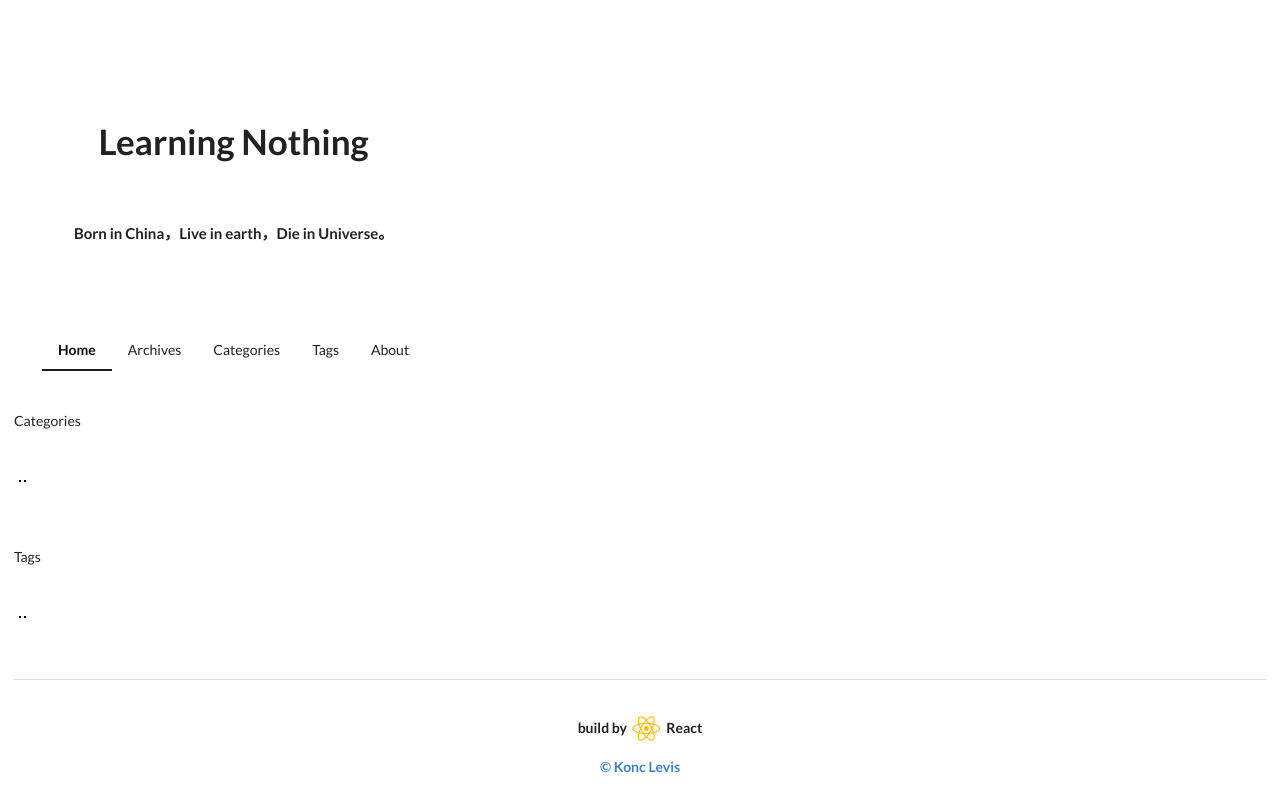
Repository: chu4j/my-spring-cloud-blog-frontend
Page: /
An editor plug-in stored every save of this project. The page is shown before and after the next save, followed by the edit.
The browser window is 1280 px wide. The pictures show the whole page.
The page's requests for data from a server got no answer. The project was rebuilt for these pictures with package versions that can differ from the ones it lists, and the page was loaded fresh each time. No one was signed in, and anything a server would have sent is missing. Also part of the build but not shown: src/components/Categories.jsx, src/components/FocusContent.jsx, src/css/App.css, src/components/owner/LoginForm.jsx, src/components/Tags.jsx, src/components/Timeline.jsx, src/components/TimelineHome.jsx.

Above is the page before, as saved 2021-02-24 11:33:52.

After the next save:
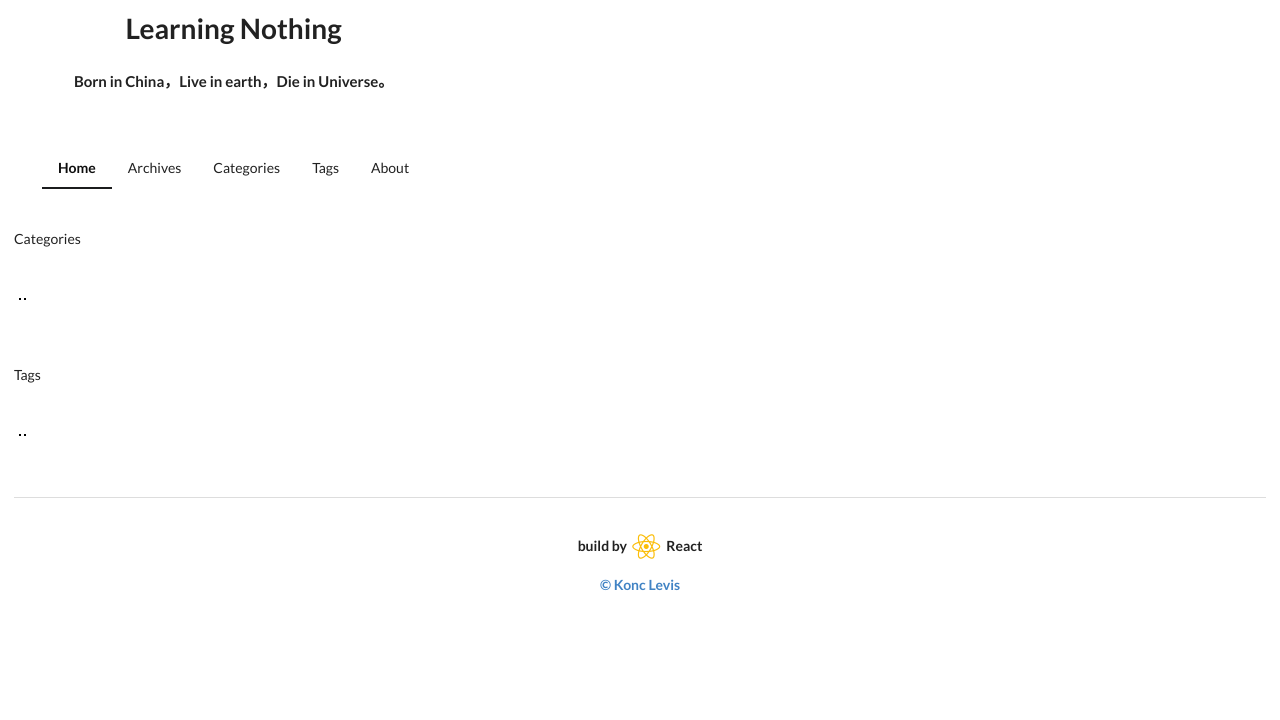
Saved 103 s later.
--- a/src/components/BlogHeader.jsx
+++ b/src/components/BlogHeader.jsx
@@ -2,13 +2,10 @@ import React, { Component } from "react";
 import { Header, Menu, Visibility } from "semantic-ui-react";
 const style = {
   h1: {
-    marginTop: "3em",
-    fontWeight: "900",
-    fontSize: "2.5em",
+
   },
   h3: {
-    marginTop: "2em",
-    padding: "2em 0em",
+
   },
 };
 const menuStyle = {
